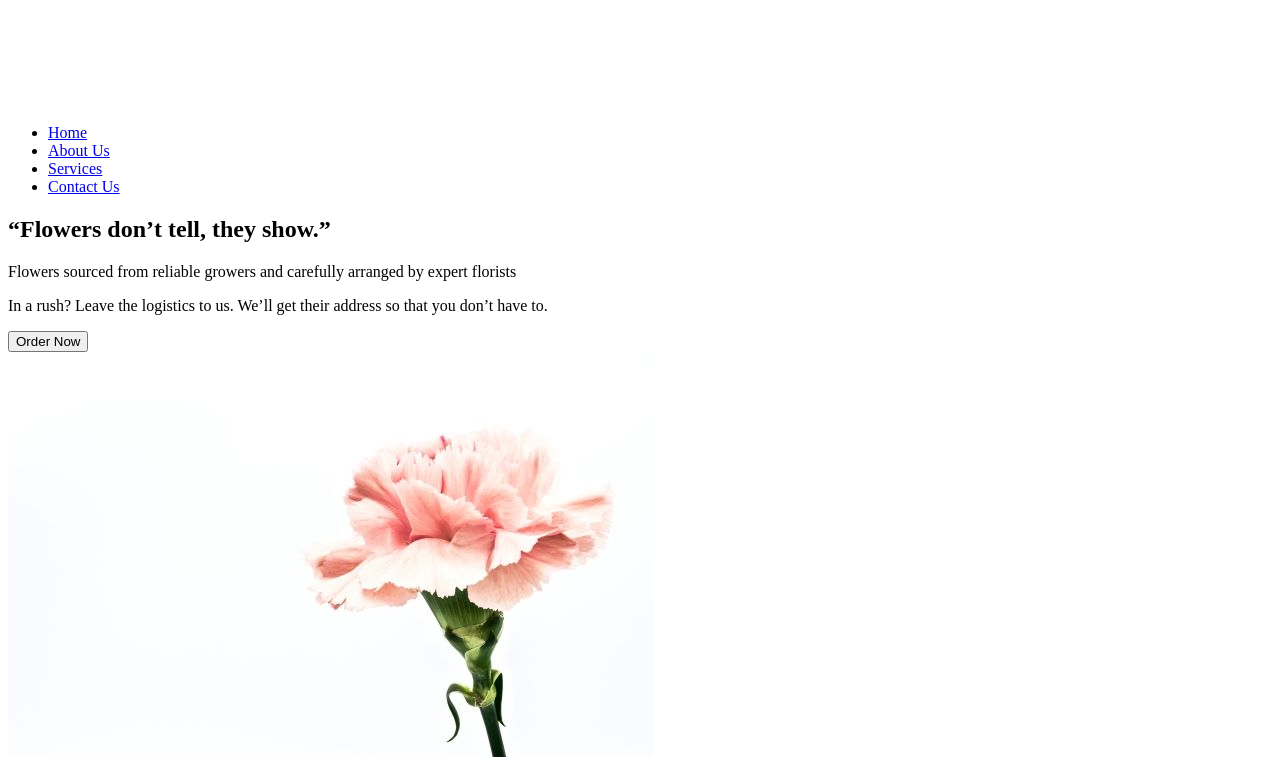
Repository: SaadYasin/test003-flex-box
Page: index.html
An editor plug-in stored every save of this project. The page is shown before and after the next save, followed by the edit.
The browser window is 1280 px wide. The pictures show the whole page.

Above is the page before, as saved 2022-10-30 14:46:09.

### index.html
<!DOCTYPE html>
<html lang="en">
<head>
  <meta charset="UTF-8">
  <meta http-equiv="X-UA-Compatible" content="IE=edge">
  <meta name="viewport" content="width=device-width, initial-scale=1.0">
  <title>Business Assistant</title>

  <link rel="stylesheet" href="style.css">
</head>
<body>
  <header>
    <div class="header-container">
      <!-- <h1 class="logo">Flora</h1> -->
      <img src="./images/flora-icon.png" alt="">
      <nav>
        <ul>
          <li><a href="#">Home</a></li>
          <li><a href="#">About Us</a></li>
          <li><a href="#">Services</a></li>
          <li><a href="#">Contact Us</a></li>
        </ul>
      </nav>
    </div>
  </header>
  <section class="hero-section">
    <div class="hero-text">
      <h1 class="hero-title">“Flowers don’t tell, they show.”</h1>
      <p class="hero-paragraph">Flowers sourced from reliable growers and carefully arranged by expert florists</p>
      <p class="hero-paragraph">In a rush? Leave the logistics to us. We’ll get their address so that you don’t have to.</p>
      <button type="button" class="coa-btn">Order Now</button>
    </div>
    <div><img src="./images/alesia_flower-small.jpg" alt="" class="hero-img"></div>
  </section>
</body>
</html>

### style.css
body {
  background: li
}

After the next save:
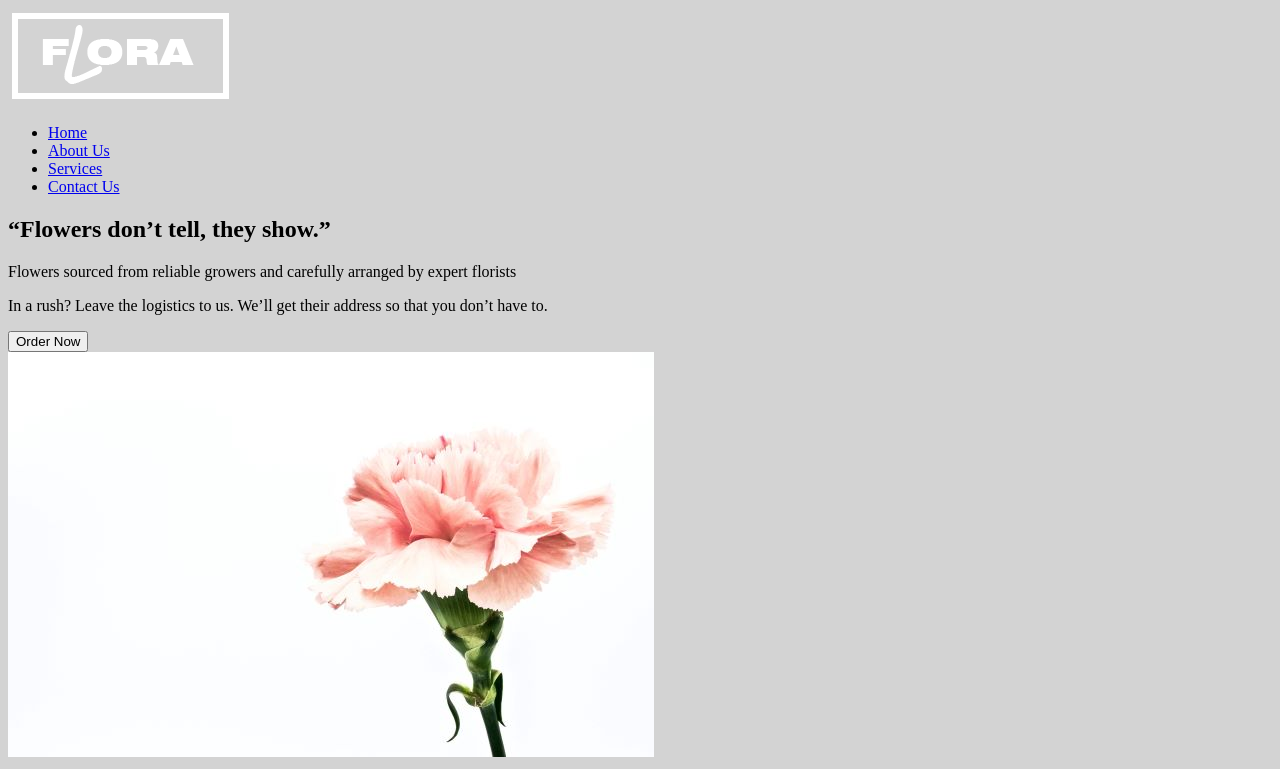
Saved 4 s later.
--- a/style.css
+++ b/style.css
@@ -1,3 +1,3 @@
 body {
-  background: li
+  background: lightgray
 }

After the 3 saves that followed:
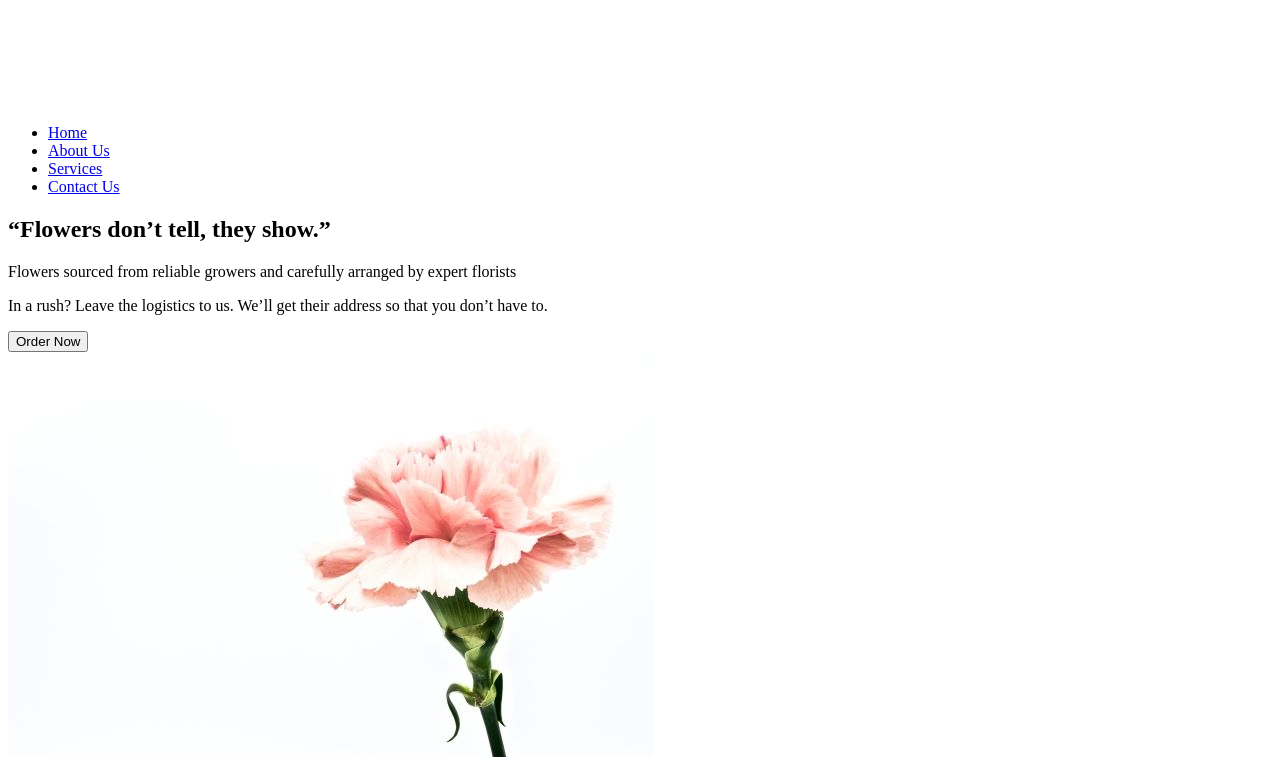
The 3 saves are shown as one change because they came seconds apart.
The last was saved 10 s later.
--- a/style.css
+++ b/style.css
@@ -1,3 +1,3 @@
 body {
-  background: lightgray
+  background: ;
 }
